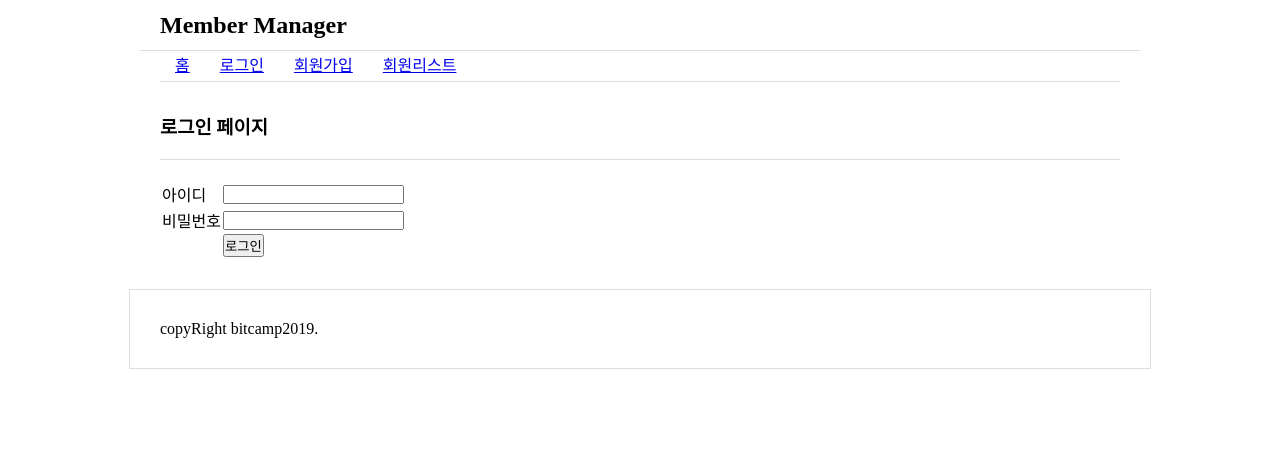
Repository: hhw9797/bitcampjn201904
Page: http://localhost/MemberManager/member/memberReg.jsp
The author's editor kept a copy of each file at every save. The page is drawn from the files as they stood at one save, then again after the next save.
The browser window is 1280 px wide. The pictures show the whole page.
The page is served by Tomcat 9.

Above is the page before, as saved 2019-06-20 08:43:03.

After the next save:
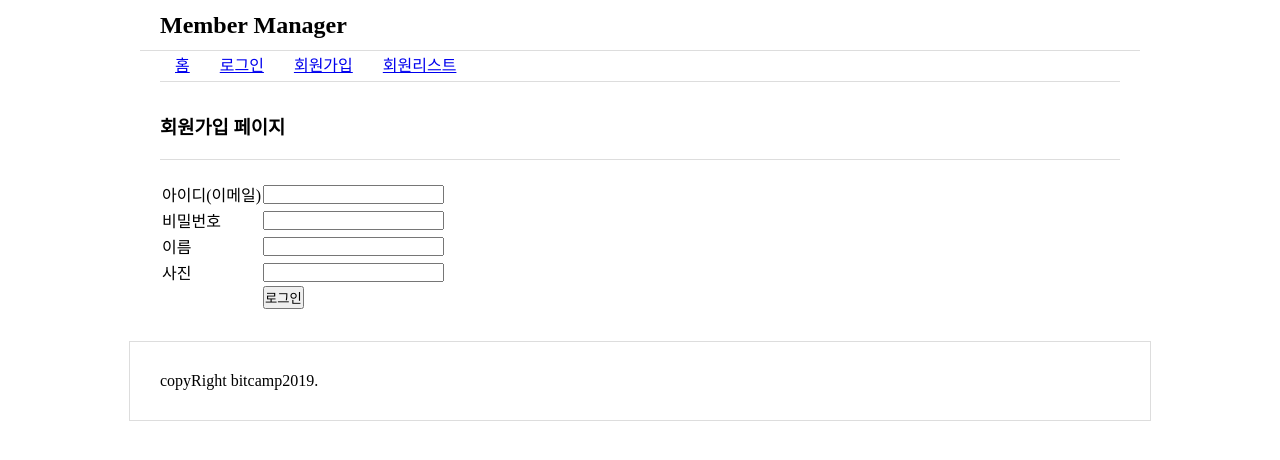
Saved 2 min 40 s later.
--- a/html/html5/jsp/MemberManager/WebContent/member/memberReg.jsp
+++ b/html/html5/jsp/MemberManager/WebContent/member/memberReg.jsp
@@ -25,16 +25,24 @@
 
 <!-- 컨텐츠 시작 -->
 	<div id="contents">
-		<h3>로그인 페이지</h3>
+		<h3>회원가입 페이지</h3>
 		<hr>
-		<form action="loginProcess.jsp" method="post">
+		<form action="memberReg.jsp" method="post">
 			<table>
 				<tr>
-					<td>아이디</td>
+					<td>아이디(이메일)</td>
 					<td><input type="text" name="uId"></td>
 				</tr>
 				<tr>
 					<td>비밀번호</td>
+					<td><input type="password" name="uPw"></td>
+				</tr>
+				<tr>
+					<td>이름</td>
+					<td><input type="password" name="uPw"></td>
+				</tr>
+				<tr>
+					<td>사진</td>
 					<td><input type="password" name="uPw"></td>
 				</tr>
 				<tr>
